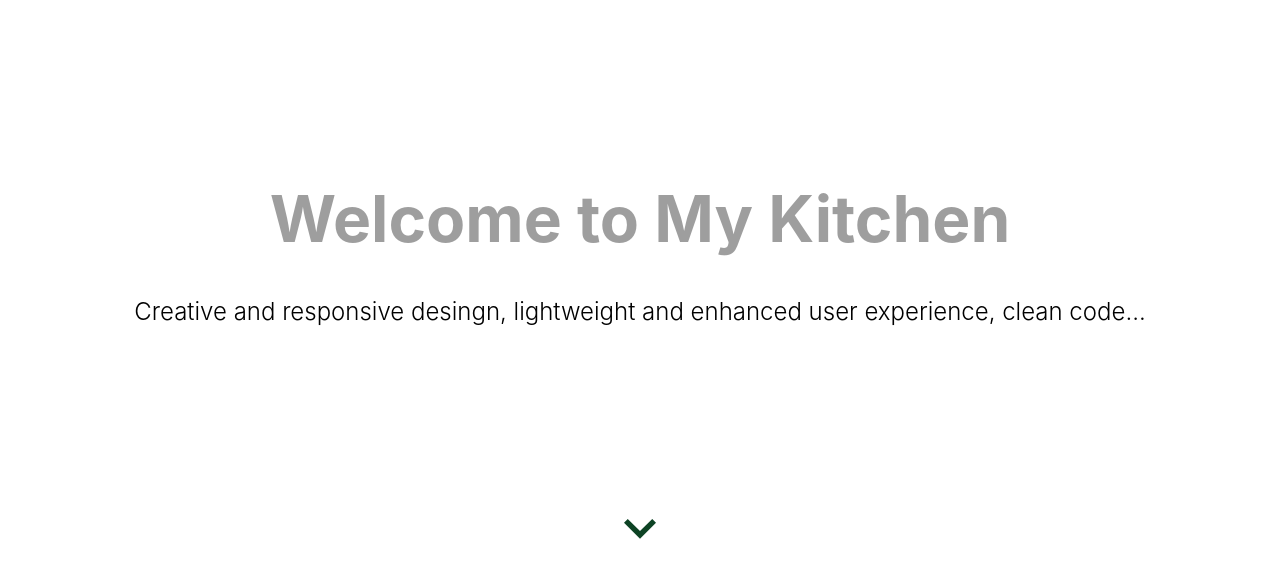
Repository: safak/safak.github.io
Page: /, after clicking the first element matching `svg.MuiSvgIcon-root`
The author's editor kept a copy of each file at every save. The page is drawn from the files as they stood at one save, then again after the next save.
The browser window is 1280 px wide. The pictures show the whole page.
Pictures or frames that could not be fetched are drawn as grey boxes. The project was rebuilt for these pictures with package versions that can differ from the ones it lists, and the page was loaded fresh each time. Also part of the build but not shown: src/App.css.

Above is the page before, as saved 2020-08-28 03:42:19.

After the next save:
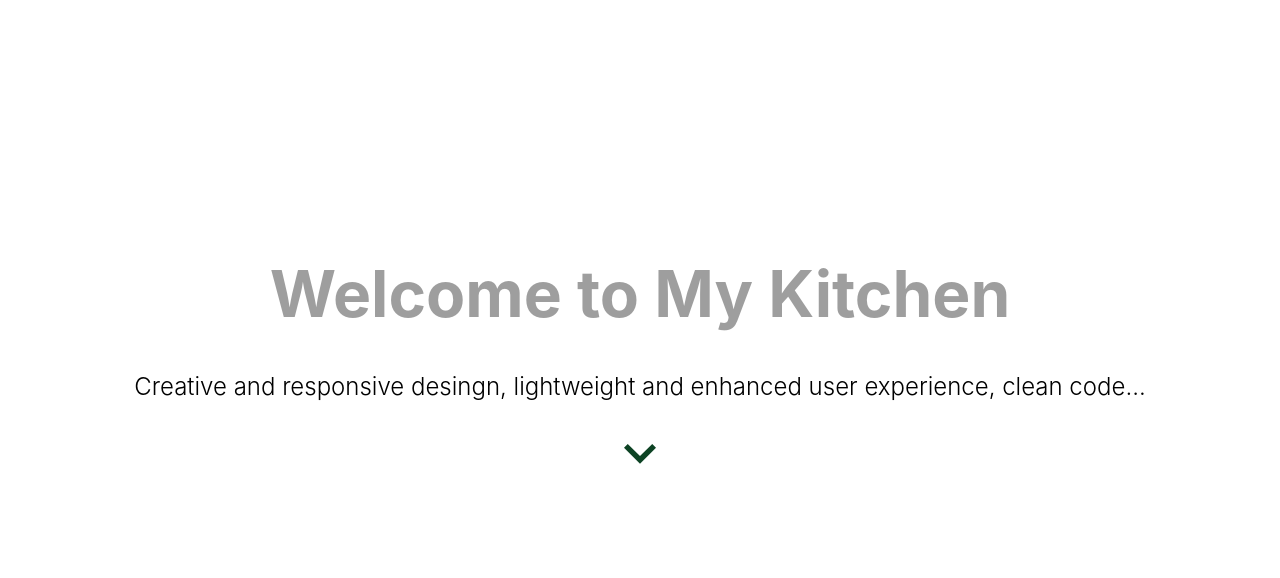
Saved 10 s later.
--- a/src/components/introduction/Introduction.css
+++ b/src/components/introduction/Introduction.css
@@ -35,5 +35,5 @@
 .introduction >.MuiSvgIcon-root {
   font-size: 5vw;
   color: #0d4324;
-  padding-top: 150px;
+  bottom: 0;
 }
